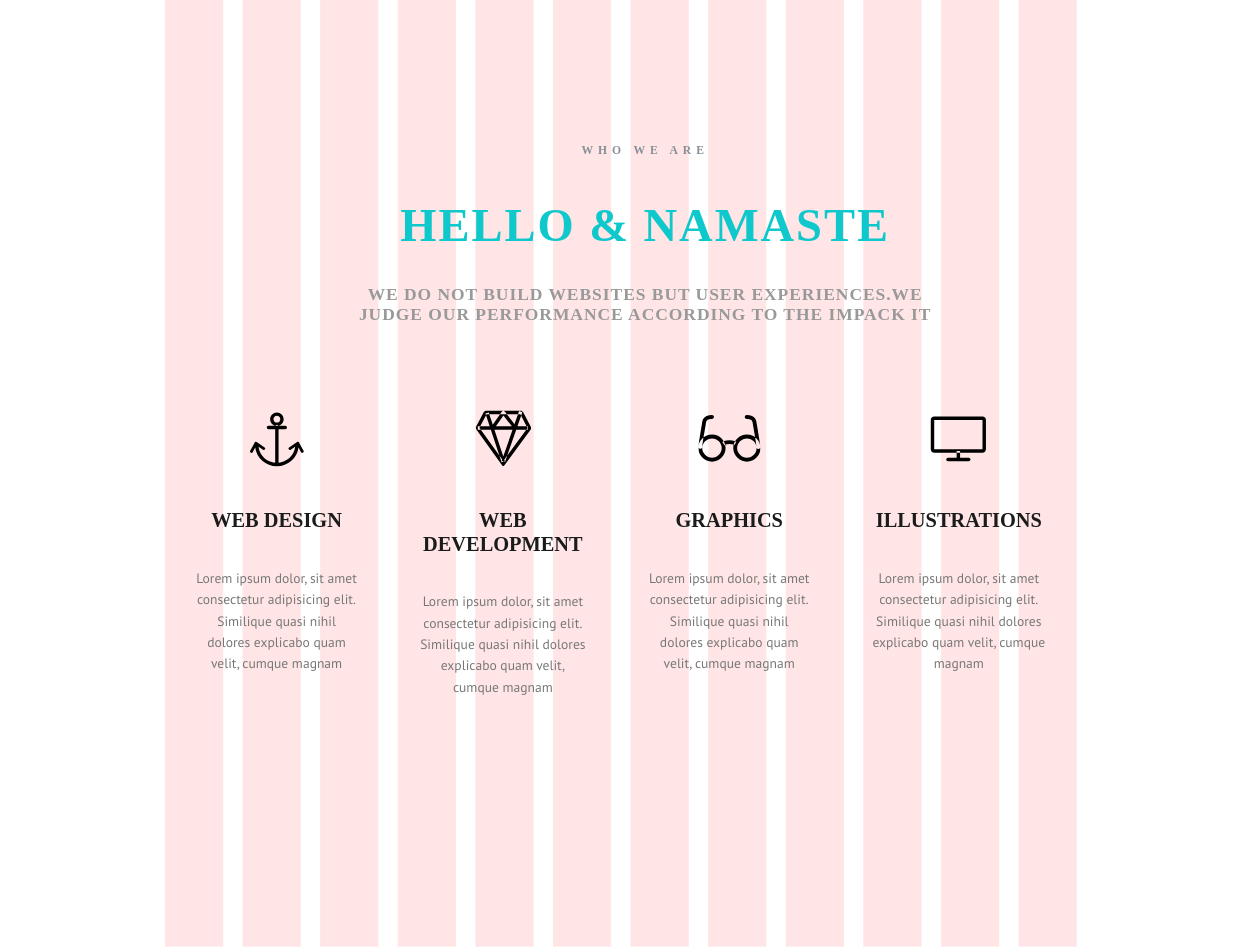
Repository: shpakovskaya/github.io
Page: boxsizing/namastegreen/index.html
These files come from the project's save history. The page is drawn as it stood at one moment and after the next save; the edit follows.
The browser window is 1280 px wide. The pictures show the whole page, at 97% of full size.

Above is the page before, as saved 2021-11-24 17:11:50.

### boxsizing/namastegreen/index.html
<!DOCTYPE html>
<html lang="en">
  <head>
    <meta charset="UTF-8" />
    <meta http-equiv="X-UA-Compatible" content="IE=edge" />
    <meta name="viewport" content="width=device-width, initial-scale=1.0" />
    <title>namaste_green</title>
    <link
      rel="stylesheet"
      href="https://cdnjs.cloudflare.com/ajax/libs/normalize/8.0.1/normalize.min.css"
      integrity="sha512-NhSC1YmyruXifcj/KFRWoC561YpHpc5Jtzgvbuzx5VozKpWvQ+4nXhPdFgmx8xqexRcpAglTj9sIBWINXa8x5w=="
      crossorigin="anonymous"
      referrerpolicy="no-referrer"
    />
    <link
      rel="shortcut icon"
      href="./free-icon-sahasrara-5937794.ico"
      type="image/x-icon"
    />
    <!-- Fonts -->
    <link rel="stylesheet" href="./montserrat/Montserrat-Regular.ttf" />
    <link rel="stylesheet" href="./montserrat/Montserrat-Bold.ttf" />
    <link rel="preconnect" href="https://fonts.googleapis.com" />
    <link rel="preconnect" href="https://fonts.gstatic.com" crossorigin />
    <link
      href="https://fonts.googleapis.com/css2?family=PT+Sans&display=swap"
      rel="stylesheet"
    />
    <link rel="stylesheet" href="./style.css" />
  </head>
  <body>
    <!-- Background -->
    <div class="conteiner">
      <img
        src="./img/1b0eb2e9-f134-46c9-915e-629d914347aa (1).png"
        alt="background"
      />
      <!-- Header -->
      <header class="header conteiner">
        <header class="header__wrapper">
          <h5 class="e-header__one">WHO WE ARE</h5>
          <h2 class="e-header__two">HELLO & NAMASTE</h2>
          <h4 class="e-header__three">
            WE DO NOT BUILD WEBSITES BUT USER EXPERIENCES.WE
            <br />JUDGE OUR PERFORMANCE ACCORDING TO THE IMPACK IT
          </h4>
        </header>
      </header>
      <!-- Main content -->
      <div class="wrapper">
        <!-- Anchor item -->
        <div class="c-wrapper__anchor">
          <div class="e-wrapper__anchor">
            <svg
              version="1.2"
              baseprofile="tiny-ps"
              xmlns="http://www.w3.org/2000/svg"
              viewbox="0 0 69 74"
              width="64"
              height="64"
            >
              <path
                id="Anchor"
                class="shp0"
                d="M35 70.19C21.76 70.19 10.62 60.29 9.08 47.16C8.95 46.06 9.73 45.07 10.83 44.94C11.92 44.8 12.92 45.59 13.05 46.69C14.35 57.81 23.79 66.19 35 66.19C46.19 66.19 55.63 57.82 56.95 46.73C57.08 45.63 58.07 44.84 59.17 44.98C60.27 45.11 61.06 46.1 60.92 47.2C59.36 60.31 48.22 70.19 35 70.19ZM35 69.68C33.89 69.68 33 68.79 33 67.68L33 22.56C33 21.45 33.89 20.56 35 20.56C36.1 20.56 37 21.45 37 22.56L37 67.68C37 68.79 36.1 69.68 35 69.68ZM35.03 9.94C37.27 9.94 39.09 11.76 39.09 14C39.09 16.24 37.27 18.06 35.03 18.06C32.79 18.06 30.97 16.24 30.97 14C30.97 11.76 32.79 9.94 35.03 9.94M35.03 5.94C30.58 5.94 26.97 9.55 26.97 14C26.97 18.45 30.58 22.06 35.03 22.06C39.48 22.06 43.09 18.45 43.09 14C43.09 9.55 39.48 5.94 35.03 5.94L35.03 5.94ZM59.4 45.16L51.49 50.54C50.81 50.97 49.89 50.95 49.48 50.25L49.07 49.8C48.67 49.1 48.89 48.18 49.57 47.74L58.67 41.6C58.68 41.59 58.69 41.58 58.7 41.57L59.32 41.17C59.66 40.95 60.05 40.9 60.4 40.99C60.76 41.07 61.09 41.3 61.29 41.65L61.66 42.28C61.67 42.3 61.66 42.31 61.67 42.32L66.81 51.78C67.22 52.48 67 53.39 66.32 53.83L65.75 54.05C65.07 54.48 64.23 54.09 63.82 53.39L59.4 45.16ZM6.18 53.39C5.77 54.09 4.93 54.48 4.25 54.05L3.68 53.83C3 53.39 2.78 52.48 3.19 51.78L8.33 42.32C8.34 42.31 8.33 42.3 8.34 42.28L8.71 41.65C8.91 41.3 9.24 41.07 9.6 40.99C9.95 40.9 10.34 40.95 10.68 41.17L11.3 41.57C11.31 41.58 11.32 41.59 11.33 41.6L20.43 47.74C21.11 48.18 21.33 49.1 20.93 49.8L20.52 50.25C20.11 50.95 19.19 50.97 18.51 50.54L10.6 45.16L6.18 53.39ZM25 22L45 22C46.1 22 47 22.89 47 24C47 25.1 46.1 26 45 26L25 26C23.9 26 23 25.1 23 24C23 22.89 23.9 22 25 22Z"
              />
            </svg>
          </div>
          <div class="title">
            <h4 class="title__anchor">WEB DESIGN</h4>
          </div>
          <div class="text__anchor">
            <span
              >Lorem ipsum dolor, sit amet consectetur adipisicing elit.
              Similique quasi nihil dolores explicabo quam velit, cumque magnam
            </span>
          </div>
        </div>
        <!-- Diamond item -->
        <div class="c-wrapper__diamond">
          <div class="e-wrapper__diamond">
            <svg
              version="1.2"
              baseprofile="tiny-ps"
              xmlns="http://www.w3.org/2000/svg"
              viewbox="0 0 74 72"
              width="66"
              height="64"
            >
              <path
                id="Diamond"
                class="shp0"
                d="M57.75 7.98L66.06 23.88L37.94 62.17L10.27 23.59L18.57 7.98L57.75 7.98M58.17 3.98L18.17 3.98C17.07 3.98 15.74 4.77 15.23 5.75L6.51 22.14C5.99 23.11 6.09 24.63 6.73 25.53L36.74 67.35C37.06 67.8 37.49 68.03 37.91 68.03C38.34 68.03 38.76 67.81 39.09 67.36L69.58 25.85C70.23 24.96 70.35 23.44 69.84 22.47L61.09 5.75C60.58 4.78 59.27 3.98 58.17 3.98L58.17 3.98ZM66.42 25.98L8.42 25.98L8.42 21.98L66.42 21.98L66.42 25.98ZM36.02 63.61L17.27 7.11L21.06 5.85L39.81 62.35L36.02 63.61ZM39.96 63.18L36.18 61.86L56.28 4.32L60.06 5.64L39.96 63.18ZM27.14 25.12L23.86 22.83L36.39 4.83C36.76 4.31 37.35 3.99 37.98 3.97C38.59 3.98 39.22 4.24 39.61 4.75L53.08 22.08L49.92 24.54L38.12 9.35L27.14 25.12Z"
              />
            </svg>
          </div>
          <div class="title">
            <h4 class="title__diamond">WEB DEVELOPMENT</h4>
          </div>
          <div class="text__diamond">
            <span
              >Lorem ipsum dolor, sit amet consectetur adipisicing elit.
              Similique quasi nihil dolores explicabo quam velit, cumque magnam
            </span>
          </div>
        </div>
        <!-- Eyeglasses item -->
        <div class="c-wrapper__eyeglasses">
          <div class="e-wrapper__eyeglasses">
            <svg
              version="1.2"
              baseprofile="tiny-ps"
              xmlns="http://www.w3.org/2000/svg"
              viewbox="0 0 64 48"
              width="64"
              height="64"
            >
              <path
                id="Eyeglasses"
                class="shp0"
                d="M1.91 34.69C1.86 34.69 1.81 34.69 1.77 34.69C0.66 34.61 -0.17 33.65 -0.09 32.55C-0.03 31.68 3.03 12.72 3.54 9.66C3.59 9.37 3.62 9.06 3.67 8.73C4.06 5.65 4.79 -0.06 14.01 -0.06C15.12 -0.06 16.01 0.83 16.01 1.94C16.01 3.04 15.12 3.94 14.01 3.94C8.31 3.94 8.01 6.28 7.63 9.24C7.59 9.62 7.54 9.98 7.48 10.32C7.09 12.7 4.32 26.99 3.9 32.83C3.83 33.89 2.95 34.69 1.91 34.69ZM62.09 34.82C61.05 34.82 59.97 34.01 59.9 32.96C59.48 27.12 56.71 12.7 56.32 10.32C56.26 9.98 56.21 9.62 56.17 9.24C55.79 6.28 55.49 3.94 49.79 3.94C48.69 3.94 47.79 3.04 47.79 1.94C47.79 0.83 48.69 -0.06 49.79 -0.06C59.01 -0.06 59.74 5.65 60.13 8.73C60.18 9.06 60.21 9.37 60.26 9.66C60.77 12.72 64.03 31.81 64.09 32.67C64.17 33.78 63.34 34.73 62.23 34.81C62.19 34.82 62.14 34.82 62.09 34.82ZM14.08 24.02C19.58 24.02 24.04 28.48 24.04 33.98C24.04 39.47 19.58 43.94 14.08 43.94C8.57 43.94 3.92 39.38 3.92 33.98C3.92 28.58 8.57 24.02 14.08 24.02M14.08 20.02C6.37 20.02 -0.08 26.27 -0.08 33.98C-0.08 41.69 6.37 47.94 14.08 47.94C21.79 47.94 28.04 41.69 28.04 33.98C28.04 26.27 21.79 20.02 14.08 20.02L14.08 20.02ZM50.08 24.02C55.57 24.02 60.04 28.48 60.04 33.98C60.04 39.47 55.57 43.94 50.08 43.94C44.57 43.94 39.91 39.38 39.91 33.98C39.91 28.58 44.57 24.02 50.08 24.02M50.08 20.02C42.37 20.02 35.91 26.27 35.91 33.98C35.91 41.69 42.37 47.94 50.08 47.94C57.79 47.94 64.04 41.69 64.04 33.98C64.04 26.27 57.79 20.02 50.08 20.02L50.08 20.02ZM26.87 30.96L24.69 27.6C24.97 27.42 27.51 25.83 31.98 25.83C36.25 25.83 38.86 27.23 39.15 27.39L37.18 30.88C37.18 30.88 35.21 29.83 31.98 29.83C28.71 29.83 26.89 30.94 26.87 30.96Z"
              />
            </svg>
          </div>
          <div class="title">
            <h4 class="title__eyeglasses">GRAPHICS</h4>
          </div>
          <div class="text__eyeglasses">
            <span
              >Lorem ipsum dolor, sit amet consectetur adipisicing elit.
              Similique quasi nihil dolores explicabo quam velit, cumque magnam
            </span>
          </div>
        </div>
        <!-- Monitor item -->
        <div class="c-wrapper__monitor">
          <div class="e-wrapper__monitor">
            <svg
              version="1.2"
              baseprofile="tiny-ps"
              xmlns="http://www.w3.org/2000/svg"
              viewbox="0 0 72 65"
              width="64"
              height="64"
            >
              <path
                id="Monitor"
                class="shp0"
                d="M64 10.98L64 44.99L8 44.99L8 10.98L64 10.98M64 6.98L8 6.98C5.8 6.98 4 8.78 4 10.98L4 44.99C4 47.19 5.8 48.99 8 48.99L64 48.99C66.2 48.99 68 47.19 68 44.99L68 10.98C68 8.78 66.2 6.98 64 6.98L64 6.98ZM38 47L38 55L48 55C49.1 55 50 55.9 50 57C50 58.1 49.1 59 48 59L24 59C22.9 59 22 58.1 22 57C22 55.9 22.9 55 24 55L34 55L34 47L38 47Z"
              />
            </svg>
          </div>
          <div class="title">
            <h4 class="title__monitor">ILLUSTRATIONS</h4>
          </div>
          <div class="text__monitor">
            <span
              >Lorem ipsum dolor, sit amet consectetur adipisicing elit.
              Similique quasi nihil dolores explicabo quam velit, cumque magnam
            </span>
          </div>
        </div>
      </div>
    </div>
  </body>
</html>

### boxsizing/namastegreen/style.css
* {
  margin: 0;
  padding: 0;
  box-sizing: border-box;
}

.conteiner {
  max-width: 1280px;
  max-height: 976px;
  position: relative;
}

/* Header */
.header {
  position: absolute;
  top: 0px;
  left: 370px;
}

.header__wrapper {
  margin-top: 140px;
  text-align: center;
  /* display: flex;
  flex-direction: column; */
  /* justify-content: center; */
}
.e-header__one {
  font-size: 12px;
  font-family: "Montserrat";
  line-height: 30px;
  color: #898f99;
  letter-spacing: 5px;
  margin-bottom: 34px;
}

.e-header__two {
  font-size: 48px;
  font-family: Montserrat regular;
  color: #0ec8cb;
  margin-bottom: 34px;
  letter-spacing: 2px;
}

.e-header__three {
  font-size: 18px;
  letter-spacing: 1px;
  color: #999999;
}

/* Items */
.wrapper {
  position: absolute;
  top: 420px;
  left: 170px;
  display: flex;
  flex-direction: row;
  text-align: center;
  max-width: 940px;
  min-height: 418px;
}

.e-wrapper__anchor {
  display: inline-block;
  align-content: center;
}

/* Title */
.title {
  color: #1b1b1b;
  margin: 36px;
  font-size: 21px;
  font-family: "Montserrat";
}

/* Text */
.text__diamond,
.text__anchor,
.text__eyeglasses,
.text__monitor {
  margin: 32px;
  color: #777777;
  font-size: 14px;
  line-height: 22px;
  font-family: "PT Sans";
  font-weight: 400;
}

/* Items hover */
#Anchor:hover {
  fill: white;
}

#Eyeglasses:hover {
  fill: white;
}
#Monitor:hover {
  fill: white;
}

#Diamond:hover {
  fill: white;
}

After the next save:
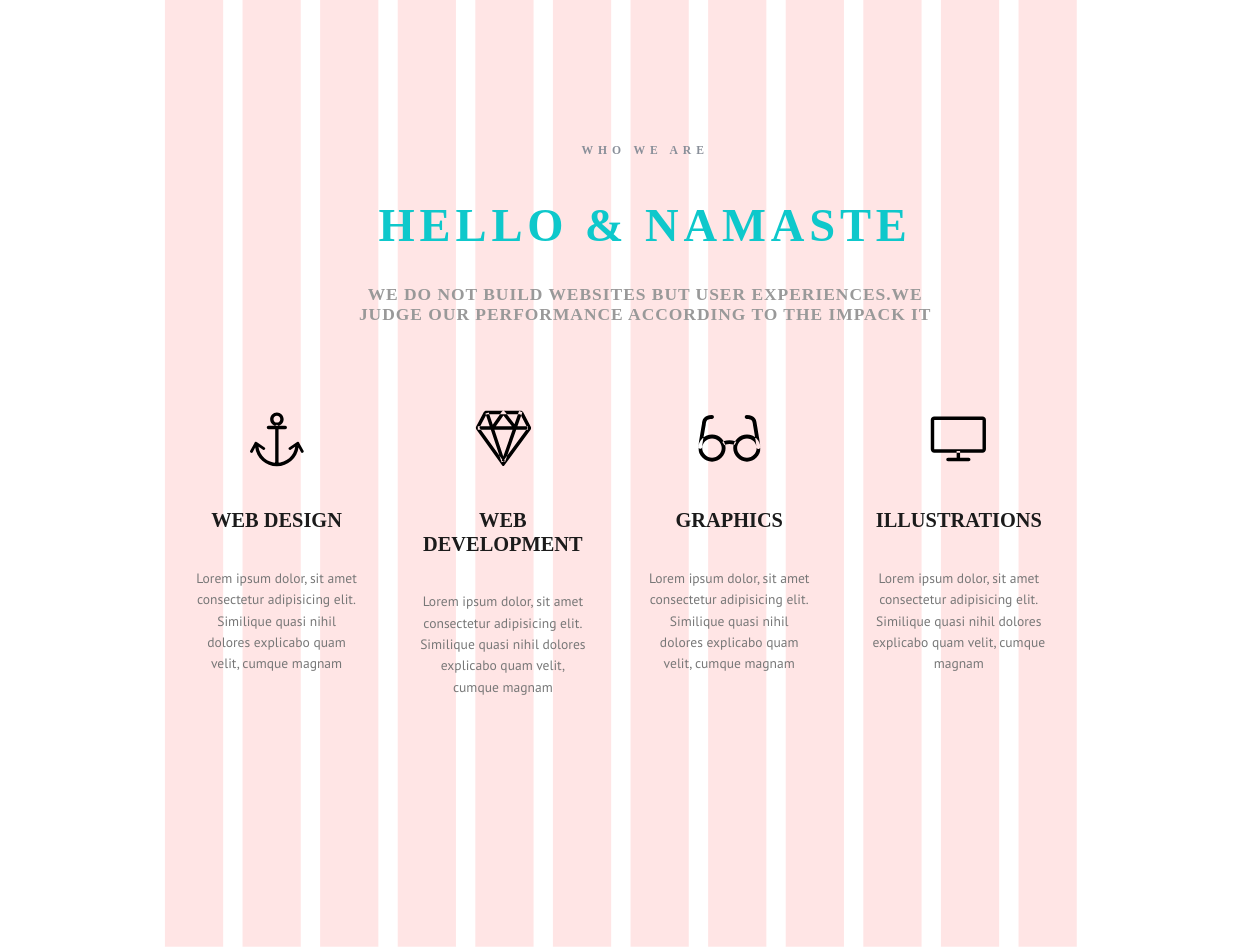
Saved 73 s later.
--- a/boxsizing/namastegreen/style.css
+++ b/boxsizing/namastegreen/style.css
@@ -35,10 +35,10 @@
 
 .e-header__two {
   font-size: 48px;
-  font-family: Montserrat regular;
+  font-family: "Montserrat";
   color: #0ec8cb;
   margin-bottom: 34px;
-  letter-spacing: 2px;
+  letter-spacing: 5px;
 }
 
 .e-header__three {
